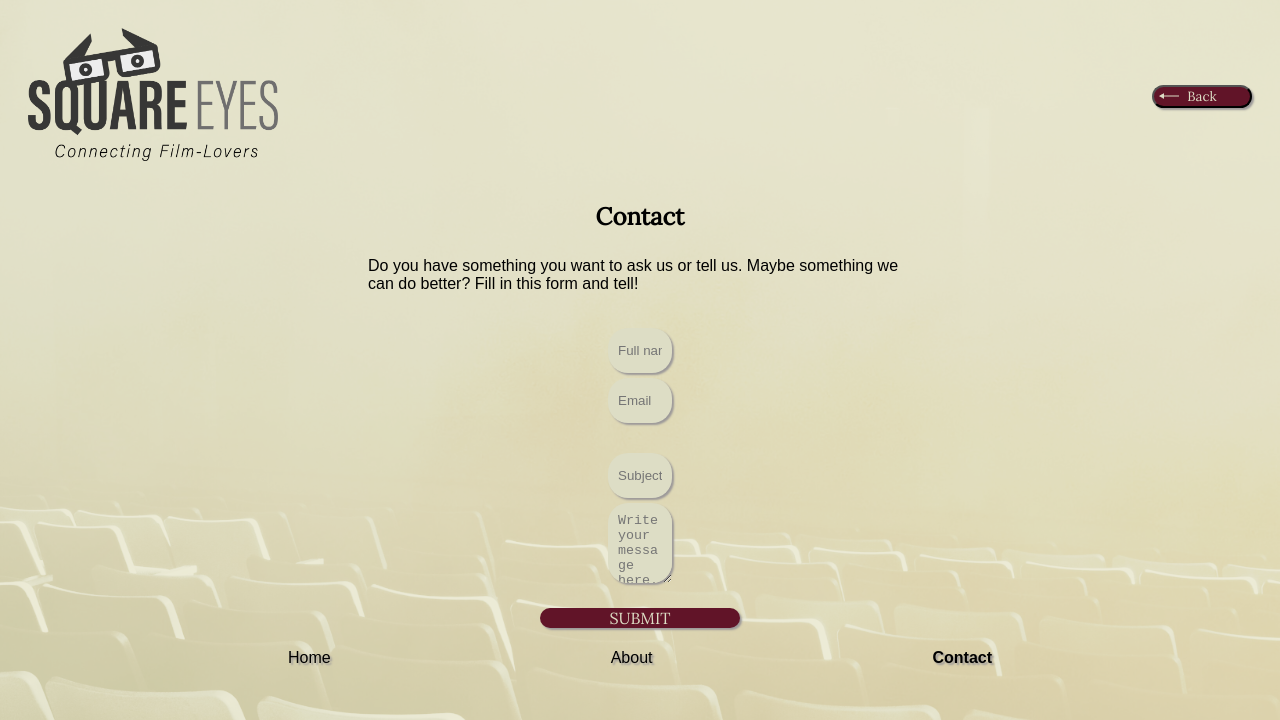
Repository: Noroff-FEU-Assignments/cross-course-project-Bekkholt
Page: contact.html
The author's editor kept a copy of each file at every save. The page is drawn from the files as they stood at one save, then again after the next save.
The browser window is 1280 px wide. The pictures show the whole page.

Above is the page before, as saved 2022-11-07 19:06:34.

After the next save:
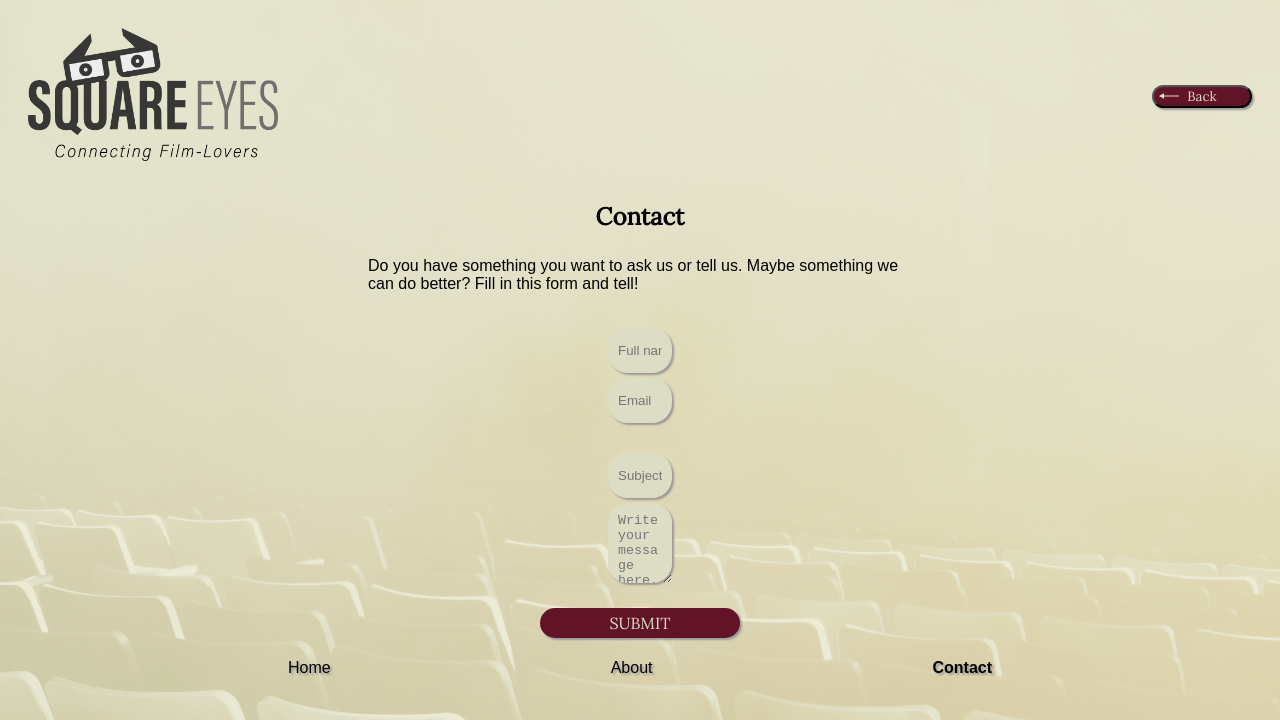
Saved 9 s later.
--- a/contact.html
+++ b/contact.html
@@ -27,7 +27,7 @@
       <textarea class="message" placeholder="Write your message here." id="message" name="message" rows="5" cols="20"></textarea>
     </form>
     <div class="checkout_buttons">
-      <a href="index.html" class="cta cta_long long">SUBMIT</a>
+      <a href="index.html" class="cta cta_tall long">SUBMIT</a>
     </div>
   </main>
   <footer>
